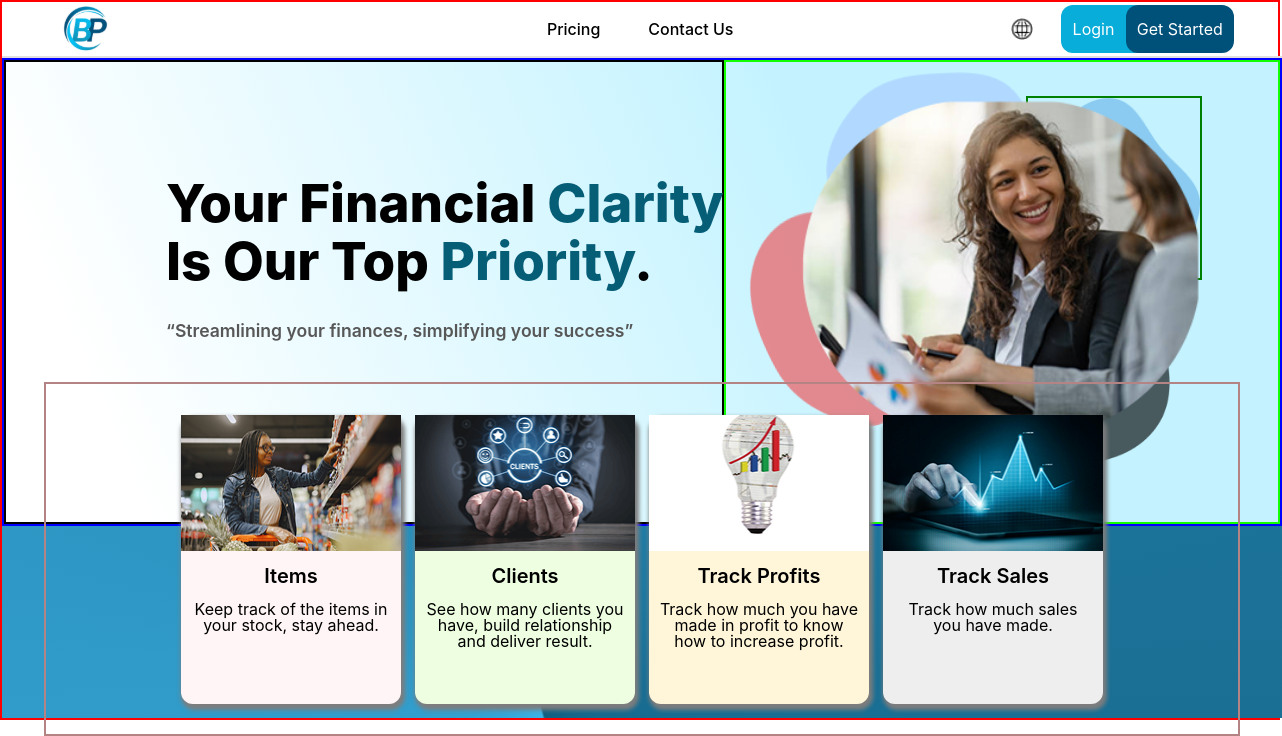
Repository: dark-txch/Bizpadi
Page: /
These files come from the project's save history. The page is drawn as it stood at one moment and after a run of saves; the edit follows.
The browser window is 1280 px wide. The page is 1282 px wide, so the pictures cover 1282 px, including what lies to the right of the window. The pictures show the whole page.
The project was rebuilt for these pictures with package versions that can differ from the ones it lists, and the page was loaded fresh each time. Also part of the build but not shown: vite.config.js, src/components/ErrorBoundary.jsx, src/components/LandingPage/PricingPage/Pricing.jsx, src/components/LandingPage/LogInPage/LogIn.jsx.

Above is the page before, as saved 2025-04-07 09:58:16.

### index.html
<!DOCTYPE html>
<html lang="en">
	<head>
		<meta charset="UTF-8" />
		<link rel="icon" type="image/svg+xml" href="/public/logo.svg" />
		<meta name="viewport" content="width=device-width, initial-scale=1.0" />
		<title>Bizpadi</title>
	</head>
	<body>
		<div id="root"></div>
		<script type="module" src="/src/main.jsx"></script>
	</body>
</html>

### src/index.css
:root {
	font-family: system-ui, Avenir, Helvetica, Arial, sans-serif;
	line-height: 1.5;
	font-weight: 400;

	color-scheme: light dark;
	color: black;
	background-color: white;

	font-synthesis: none;
	text-rendering: optimizeLegibility;
	-webkit-font-smoothing: antialiased;
	-moz-osx-font-smoothing: grayscale;
}

* {
	box-sizing: border-box;
	padding: 0;
	margin: 0;
	outline: none;
	border: none;
}

body {
	height: 100vh;
	width: 100vw;

	font-family: "inter", sans-serif;
}

a {
	text-decoration: none;
}

### src/App.jsx
import "./App.css";
import { BrowserRouter as Router, Routes, Route } from "react-router-dom";
import ErrorBoundary from "./components/ErrorBoundary";
// Upper imports are very important
import Nav from "./components/LandingPage/Nav";
import PricingPage from "./components/LandingPage/PricingPage/Pricing";
import LogInPage from "./components/LandingPage/LogInPage/LogIn";
import MidSection from "./components/LandingPage/MidSection";
import Footer from "./components/LandingPage/Footer";

function LandingPage() {
	return (
		<>
			<div className="landingPageContainer">
				<Nav />
				<MidSection />
				<Footer />
			</div>
		</>
	);
}

function App() {
	return (
		<Router>
			<Routes>
				<Route path="/" element={<LandingPage />} />
				<Route path="/pricing" element={<PricingPage />} />
				<Route path="/login" element={<LogInPage />} />
			</Routes>
		</Router>
	);
}

export default App;

### src/App.css
/*  LANDING PAGE/Main container */

@font-face {
	font-family: "MyCustomFont";
	src: url("/fonts/Inter/Inter-Italic-VariableFont_opsz,wght.ttf")
			format("truetype"),
		url("/fonts/Inter/Inter-VariableFont_opsz,wght.ttf") format("truetype");
	font-weight: normal;
	font-style: normal;
}
/* ------------------------------------------------------------------------------- */
/* THIS IS THE LANDING PAGE CONTAINER */
.landingPageContainer {
	width: 100vw;
	height: 100vh;
	font-family: "Inter", sans-serif;
	display: grid;
	/* grid-template-rows: 3.5rem 2fr 1fr; */
	grid-template-rows: 3.5rem 1fr 12rem;

	border: 2px solid red;
}

/* ------------------------------------------------------------------------------------ */
/*  THIS IS THE NAV CONTAINER */
.homepage-nav {
	width: 100%;
	display: flex;
	padding: 0 3rem 0;
	font-size: 1rem;
	align-items: center;
	justify-content: space-between;
	border-bottom: 2px solid #e1dfdf;
}
/*  THIS IS THE NAV CONTAINER CHILDREN */
.homepage-nav .logo {
	/* THIS IS THE LOGO CONTAINER */
	display: flex;
	flex: 1;
	align-self: center;
	height: inherit;
}
.homepage-nav .logo img {
	/* THIS IS THE LOGO IMG */
	height: 100%;
	width: auto;
}

.homepage-nav .pricingContact {
	/* THIS IS THE PRICING AND CONTACT US CONTAINER */
	display: flex;
	flex: 3;
	justify-content: center;
	gap: 3rem;
	font-weight: 500;
	line-height: 100%;
	letter-spacing: 0%;
}
.homepage-nav .pricingContact a {
	color: black;
	cursor: pointer;
}

.homepage-nav .loginGetStarted {
	/*THIS IS THE LOGIN AND GET STARTED CONTAINER*/
	height: 3rem;
	display: flex;
	flex: 1;
	justify-content: end;
	align-items: center;
	gap: 0.7rem;
	color: white;
	border-radius: 12px;
}
.homepage-nav .loginGetStarted img {
	/* THIS IS THE LOGIN AND GET STARTED IMAGE */
	height: 1.5rem;
	transform: translate(1rem, 0);
}
.homepage-nav .loginGetStarted a:nth-of-type(1) {
	/* THIS IS THE LOGIN BUTTON */
	background-color: #09adda;
	color: inherit;
	height: inherit;
	border-radius: inherit;
	display: flex;
	align-items: center;
	padding: 0 2rem 0 0.7rem;
	transform: translate(2rem, 0);
}

.homepage-nav .loginGetStarted a:nth-of-type(2) {
	/* THIS IS THE GET STARTED BUTTON*/
	background-color: #00517a;
	display: flex;
	align-items: center;
	white-space: nowrap;
	color: inherit;
	height: inherit;
	border-radius: inherit;
	padding: 0 0.7rem;
	position: relative;
	z-index: 2;
}

/* MIDSECTION -------------------------------------------------------------------------------*/
/* THIS IS THE MIDSECTION THAT HOUSES THE HEADER AND PARAGRAPH */
.midSection {
	display: flex;
	justify-content: center;
	/* align-items: center; */
	width: 100%;
	background: linear-gradient(246.72deg, #c4f3ff 34.96%, #ffffff 90.24%);

	border: 2px solid rgb(0, 0, 255);
}
.landingPageMotto {
	/* THIS IS THE CONTAINER FOR THE HEADER AND PARAGRAPH */
	padding: 3rem;
	/* max-width: 40rem; */
	max-width: 45rem;
	width: 100%;
	flex: 0 0 auto;
	white-space: nowrap;
	/* transform: translate(8rem, 0); */

	border: 2px solid black;
}
.landingPageMotto > h1 {
	font-weight: 800;
	font-size: 3.3rem;
	line-height: 110%;
	text-transform: capitalize;
	margin: 4rem 7rem 2rem;
}
.landingPageMotto > h1 span {
	color: #065d76;
}
.landingPageMotto > p {
	font-weight: 600;
	font-size: 1.1rem;
	line-height: 100%;
	letter-spacing: 0%;
	margin-left: 7rem;
	color: #575757;
}

.landingPageImages {
	/* THIS IS THE LANDING PAGE IMAGES CONTAINER*/
	flex: 1; /* grow to take remaining space */
	height: 100%;
	display: flex;
	justify-content: center;
	align-items: center;
	/* padding: 3rem; */
	overflow: hidden;
	position: relative; /* so children can be absolutely positioned */

	border: 2px solid rgb(17, 255, 0);
}

.landingPageImages > img {
	/* border: 2px solid green; */
	position: absolute;
	margin-top: -3rem;
}

.landingPageImages > img:nth-of-type(1) {
	/* MAIN SMILEY IMAGE */
	border-radius: 150px;
	width: 25rem;
	z-index: 100;
	/* border: 2px solid green; */
}

.landingPageImages > img:nth-of-type(2) {
	/* THIS IS THE BLACK VECTOR */
	width: 175.07px;
	height: 184.4px;
	transform: translate(5rem, 6.5rem);

	/* border: 2px solid green; */
}

.landingPageImages > img:nth-of-type(3) {
	/* EGG ROUND LIGHT BLUE VECTOR */
	width: 13rem;
	height: 184.4px;
	opacity: 0.63;
	transform: translate(-4.5rem, -6.5rem);

	/* border: 2px solid green; */
}

.landingPageImages > img:nth-of-type(4) {
	/* DARK ORANGE VECTOR*/
	/* height: 153px; */
	height: 14rem;
	width: 152px;
	transform: translate(-10.5rem, 3.3rem) rotate(-15deg);

	/* border: 2px solid green; */
}

.landingPageImages > img:nth-of-type(5) {
	/* Top right blue vector */
	width: 176px;
	height: 185;

	transform: translate(7rem, -5rem);

	border: 2px solid green;
}

/* FOOTER---------------------------------------------------------------------------------------------- */
/* This is the footer section/container that houses the feature container */
.footer {
	width: 100vw;
	display: flex;
	justify-content: center;
	/* flex: 1; */
	background: conic-gradient(
		from 164.13deg at 41.58% 79.97%,
		#115e80 0deg,
		#3db3e6 3.6deg,
		#115e80 360deg
	);
}

.footer > section {
	width: 1196px;
	height: 354px;
	display: flex;
	justify-content: center;
	align-items: center;
	gap: 14px;
	position: absolute;
	/* top: 400px; */
	transform: translate(0, -9rem);
	z-index: 999;

	border: 2px solid rgb(180, 132, 132);
}

/* This is the container that houses all the features in the footer */
.featuresContainer {
	width: 220px;
	height: 289px;
	border-radius: 12px;
	text-align: center;
	letter-spacing: 0%;
	box-shadow: 2px 4px 4px 2px #7d7d7d;
}

.featuresContainer h1 {
	font-weight: 600;
	font-size: 20px;
	line-height: 100%;
	margin-bottom: 15px;
}

.featuresContainer p {
	font-weight: 400;
	font-size: 16px;
	line-height: 100%;
	padding: 0 10px 0;
}

/* This is the general image container for the featuresContainer */
.imageContainer {
	height: 136px;
	width: 100%;
	margin-bottom: 15px;
}

/* General styling for the images in the imageContainer */
.imageContainer img {
	width: 100%;
	height: 100%;
}

/* Added colors to the backgrounds of the footer featuresContainer individually */
.items {
	background-color: #fff5f6;
}
.clients {
	background-color: #eeffe1;
}
.trackProfits {
	background-color: #fff6da;
}
.trackSales {
	background-color: #eeeeee;
}

### src/components/LandingPage/Nav.jsx
import { Link } from "react-router-dom";

export default function Nav() {
	return (
		<>
			{/* THIS IS THE NAV CONTAINER */}
			<nav className="homepage-nav">
				{/* THIS IS THE LOGO CONTAINER */}
				<div className="logo">
					<img src="/assets/icons/logo.svg" alt="Bizpadi icon" />
				</div>

				{/* THIS IS THE PRICING AND CONTACT US CONTAINER */}
				<div className="pricingContact">
					<Link to="/pricing">Pricing</Link>
					<a href="#">Contact Us</a>
				</div>

				{/* THIS IS THE LOGIN AND GET STARTED CONTAINER*/}
				<div className="loginGetStarted">
					<img src="/assets/icons/world.png" alt="world" />
					<Link to="/login">Login</Link>
					<a href="#">Get Started</a>
				</div>
			</nav>
		</>
	);
}

### src/components/LandingPage/MidSection.jsx
export default function MidSection() {
	return (
		<section className="midSection">
			<div className="landingPageMotto">
				<h1>
					Your financial{" "}
					<span>
						clarity <br />
					</span>
					is our top <span>priority</span>.
				</h1>
				<p>“Streamlining your finances, simplifying your success”</p>
			</div>

			{/* This is the images section in the mid section */}
			<div className="landingPageImages">
				<img src="/assets/images/smiley.png" alt="smiley" />
				<img src="/assets/images/Vector-black.png" alt="vector-black" />
				<img src="/assets/images/Vector-blue.png" alt="vector-blue" />
				<img src="/assets/images/Vector-orange.png" alt="vector-orange" />
				<img src="/assets/images/Vector.png" alt="vector" />
			</div>
		</section>
	);
}

### src/components/LandingPage/Footer.jsx
export default function Footer() {
	return (
		<div className="footer">
			{/* The section container is the parent to the features */}
			<section>
				<div className="featuresContainer items">
					{/* The feautureOntainer class is given to all the divs housing the features */}
					<div className="imageContainer">
						<img src="/public/assets/images/client-1.png" alt="client-1" />
					</div>
					<h1>Items</h1>
					<p>Keep track of the items in your stock, stay ahead.</p>
				</div>

				<div className="featuresContainer clients">
					<div className="imageContainer">
						<img src="/public/assets/images/client-2.png" alt="client-2" />
					</div>
					<h1>Clients</h1>
					<p>
						See how many clients you have, build relationship and deliver
						result.
					</p>
				</div>

				<div className="featuresContainer trackProfits">
					<div className="imageContainer">
						<img
							src="/public/assets/images/track-profit.png"
							alt="track-profit"
						/>
					</div>
					<h1>Track Profits</h1>
					<p>
						Track how much you have made in profit to know how to increase
						profit.
					</p>
				</div>

				<div className="featuresContainer trackSales">
					<div className="imageContainer">
						<img
							src="../../../public/assets/images/track-sales.png"
							alt="track-sales"
						/>
					</div>
					<h1>Track Sales</h1>
					<p>Track how much sales you have made.</p>
				</div>
			</section>
		</div>
	);
}

Loaded but not shown: src/main.jsx (common file)

After the next 2 saves:
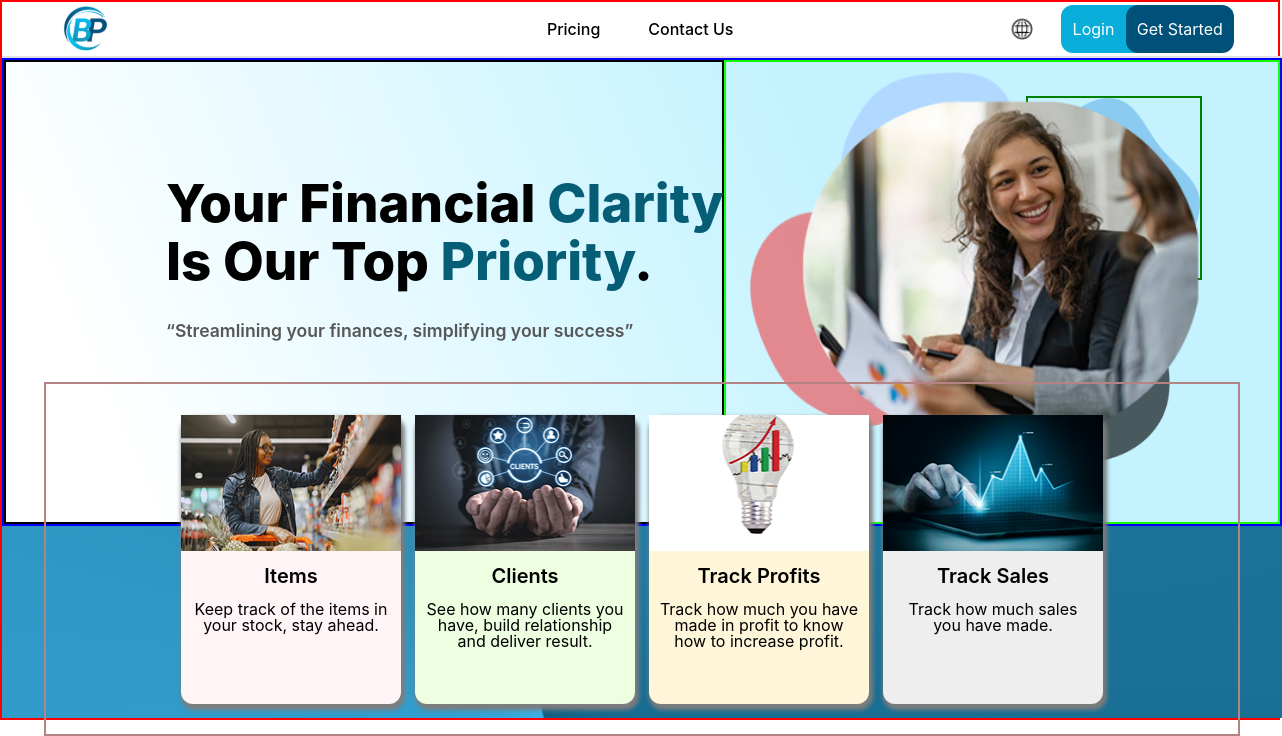
The 2 saves are shown as one change because they came seconds apart.
The last was saved 15 s later.
--- a/src/App.css
+++ b/src/App.css
@@ -184,7 +184,7 @@
 
 .landingPageImages > img:nth-of-type(3) {
 	/* EGG ROUND LIGHT BLUE VECTOR */
-	width: 13rem;
+	width: 11.3rem;
 	height: 184.4px;
 	opacity: 0.63;
 	transform: translate(-4.5rem, -6.5rem);
